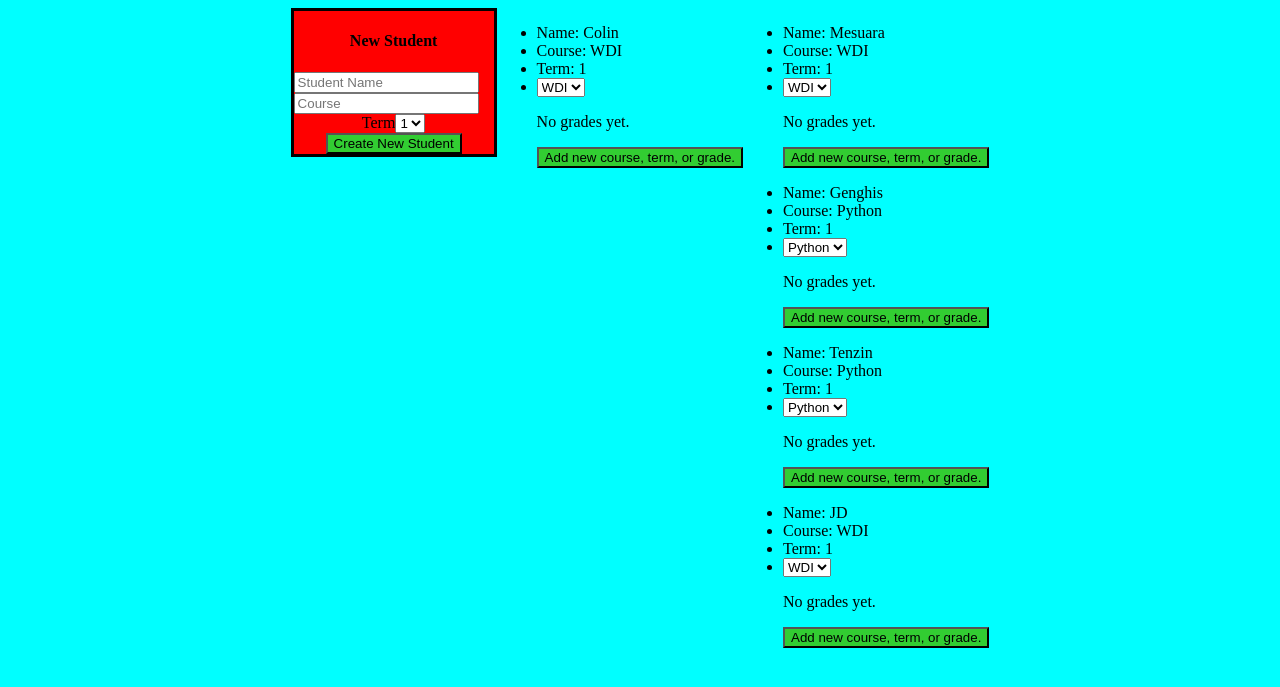
Repository: EdmontDantes/graderaide-ui
Page: index.html
These files come from the project's save history. The page is drawn as it stood at one moment and after a run of saves; the edit follows.
The browser window is 1280 px wide. The pictures show the whole page.

Above is the page before, as saved 2020-04-21 14:39:18.

After the next 4 saves:
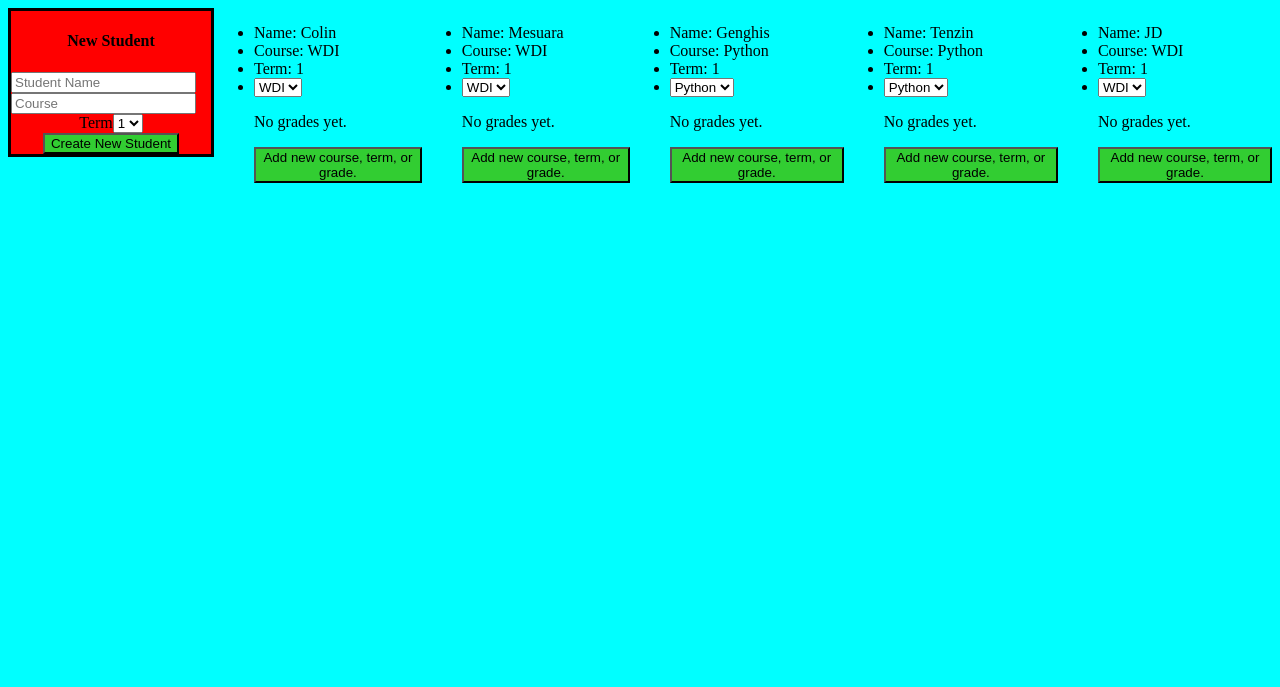
The 4 saves are shown as one change because they came seconds apart.
The last was saved 9 s later.
--- a/index.html
+++ b/index.html
@@ -59,6 +59,8 @@
             <p>No grades yet.</p>
           </li><button>Add new course, term, or grade.</button>
         </ul>
+      </section>
+
         <ul class="student-info">
           <li>Name: Genghis</li>
           <li>Course: Python</li>
